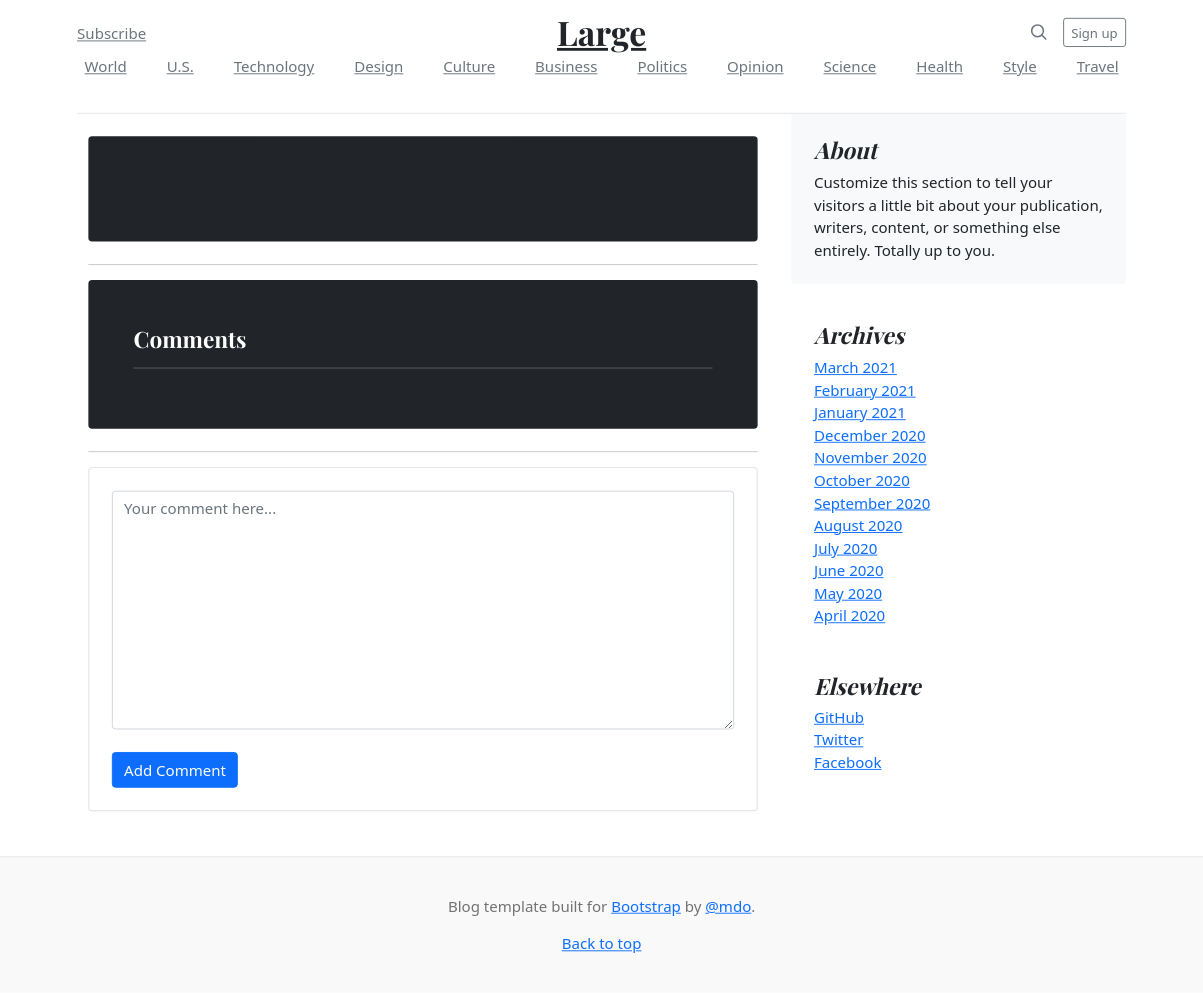
Repository: GarlicButterBoy/WEBD5201
Page: resources/views/posts/show.blade.php
These files come from the project's save history. The page is drawn as it stood at one moment and after a run of saves; the edit follows.
The browser window is 1280 px wide. The pictures show the whole page, at 94% of full size.
The page is served by the project's Laravel application, run on PHP 8.4 with Laravel 8. Other server files are loaded and not shown. The template is opened directly, without the code that normally fills it, so the values that code supplies are empty.

Above is the page before, as saved 2021-09-21 17:45:00.

### routes/web.php
<?php

/*
|--------------------------------------------------------------------------
| Web Routes
|--------------------------------------------------------------------------
|
| Here is where you can register web routes for your application. These
| routes are loaded by the RouteServiceProvider within a group which
| contains the "web" middleware group. Now create something great!
|
*/
use App\Task;
use App\Post;

// Route::get('/tasks', function () {
//     $tasks = DB::table('tasks')->get();
//     $tasks = \App\Task::all();
//     return view('tasks.index', compact('tasks'));
// });
Route::get('/tasks', 'TasksController@index'); //Replaced -> //Route::get('/tasks', function () {});
Route::get('/tasks/{task}', 'TasksController@show'); //Replaced -> //Route::get('/tasks/{task}', function ($id) {});


Route::get('/', 'PostsController@index');
Route::get('/posts/create', 'PostsController@create');
Route::post('/posts', 'PostsController@store');
Route::get('/posts/{post}', 'PostsController@show'); //Replaced -> //Route::get('/tasks', function () {});

// Route::get('/', function () {
//     //$name = 'Laracasts';
//     $tasks = [
//      'Go to the store',
//      'Finish my screencast',
//      'Clean the house'];
//     //Lesson 5, 3 ways to pass data to view
//     //return view('welcome', ['tasks' => $tasks]);
//     return view('welcome', compact('tasks'));
//     //return view('welcome')->with('tasks', $tasks);
// });
Route::get('/about', function () {  return view('about'); });

/* Posts
 *
 * GET /posts
 * GET /posts/create
 *
 * POST /posts
 *
 * GET /posts/{id}/edit
 * GET /posts/{id}
 *
 * PATCH /posts/{id}
 *
 * DELETE /posts/{id}
 *
 */

### resources/views/posts/show.blade.php
@extends ('layouts.main')


@section ('content')
<div class="col-md-8 p-4 ">
    <div class="p-4 p-md-5 mb-4 text-white rounded bg-dark">
        <h1>{{ $post->title }}</h1>

        <p>{{ $post->body }}</p>
    </div>

    <hr>

    <div class="comments p-4 p-md-5 mb-4 text-white rounded bg-dark">
        <h4>Comments</h4>
        <hr>
        <ol>
        @foreach ($post->comments as $comment)
        <li>
        <article>
            <strong>{{ $comment->created_at->diffForHumans() }}:</strong>

            {{$comment->body}}
        </article>
        </li>
        @endforeach
        </ol>
    </div>
    <hr>
    <div class="card p-4 mb-4">
        <div class="card-block">
    <form action="POST">
        <div class="form-group">
            <textarea class="form-control" name="body" id="body" cols="30" rows="10" placeholder="Your comment here..."></textarea>
        </div><br/>
        <div class="form-group">
            <button type="submit" class="btn btn-primary">Add Comment</button>
        </div>
    </form>
        </div>
    </div>


</div>

@endsection

### resources/views/layouts/main.blade.php
<!doctype html>
<html lang="en">
  <head>
    <meta charset="utf-8">
    <meta name="viewport" content="width=device-width, initial-scale=1">
    <meta name="description" content="">
    <meta name="author" content="Mark Otto, Jacob Thornton, and Bootstrap contributors">
    <meta name="generator" content="Hugo 0.88.1">
    <title>Blog Template · Bootstrap v5.1</title>

    <link rel="canonical" href="https://getbootstrap.com/docs/5.1/examples/blog/">



    <!-- Bootstrap core CSS -->
    <link href="https://cdn.jsdelivr.net/npm/bootstrap@5.1.1/dist/css/bootstrap.min.css" rel="stylesheet" integrity="sha384-F3w7mX95PdgyTmZZMECAngseQB83DfGTowi0iMjiWaeVhAn4FJkqJByhZMI3AhiU" crossorigin="anonymous">

    <!-- Favicons -->
<link rel="apple-touch-icon" href="/docs/5.1/assets/img/favicons/apple-touch-icon.png" sizes="180x180">
<link rel="icon" href="/docs/5.1/assets/img/favicons/favicon-32x32.png" sizes="32x32" type="image/png">
<link rel="icon" href="/docs/5.1/assets/img/favicons/favicon-16x16.png" sizes="16x16" type="image/png">
<link rel="manifest" href="/docs/5.1/assets/img/favicons/manifest.json">
<link rel="mask-icon" href="/docs/5.1/assets/img/favicons/safari-pinned-tab.svg" color="#7952b3">
<link rel="icon" href="/docs/5.1/assets/img/favicons/favicon.ico">
<meta name="theme-color" content="#7952b3">


    <style>
      .bd-placeholder-img {
        font-size: 1.125rem;
        text-anchor: middle;
        -webkit-user-select: none;
        -moz-user-select: none;
        user-select: none;
      }

      @media (min-width: 768px) {
        .bd-placeholder-img-lg {
          font-size: 3.5rem;
        }
      }
    </style>


    <!-- Custom styles for this template -->
    <link href="https://fonts.googleapis.com/css?family=Playfair&#43;Display:700,900&amp;display=swap" rel="stylesheet">
    <!-- Custom styles for this template -->
    <link href="/css/blog.css" rel="stylesheet">
  </head>
  <body>

<div class="container">
  <header class="blog-header py-3">
    <div class="row flex-nowrap justify-content-between align-items-center">
      <div class="col-4 pt-1">
        <a class="link-secondary" href="#">Subscribe</a>
      </div>
      <div class="col-4 text-center">
        <a class="blog-header-logo text-dark" href="#">Large</a>
      </div>
      <div class="col-4 d-flex justify-content-end align-items-center">
        <a class="link-secondary" href="#" aria-label="Search">
          <svg xmlns="http://www.w3.org/2000/svg" width="20" height="20" fill="none" stroke="currentColor" stroke-linecap="round" stroke-linejoin="round" stroke-width="2" class="mx-3" role="img" viewBox="0 0 24 24"><title>Search</title><circle cx="10.5" cy="10.5" r="7.5"/><path d="M21 21l-5.2-5.2"/></svg>
        </a>
        <a class="btn btn-sm btn-outline-secondary" href="#">Sign up</a>
      </div>
    </div>


  @include ('layouts.nav')
  </header>


</div>

<div class="container">
  <div class="row">

    @yield ('content')

    @include ('layouts.sidebar')
    </div>

</main>
  </div>
</div>

@include ('layouts.footer')

  </body>
</html>

### resources/views/layouts/nav.blade.php
<div class="nav-scroller py-1 mb-2">
    <nav class="nav d-flex justify-content-between">
      <a class="p-2 link-secondary" href="#">World</a>
      <a class="p-2 link-secondary" href="#">U.S.</a>
      <a class="p-2 link-secondary" href="#">Technology</a>
      <a class="p-2 link-secondary" href="#">Design</a>
      <a class="p-2 link-secondary" href="#">Culture</a>
      <a class="p-2 link-secondary" href="#">Business</a>
      <a class="p-2 link-secondary" href="#">Politics</a>
      <a class="p-2 link-secondary" href="#">Opinion</a>
      <a class="p-2 link-secondary" href="#">Science</a>
      <a class="p-2 link-secondary" href="#">Health</a>
      <a class="p-2 link-secondary" href="#">Style</a>
      <a class="p-2 link-secondary" href="#">Travel</a>
    </nav>
</div>

### resources/views/layouts/sidebar.blade.php
<div class="col-md-4">
      <div class="position-sticky" style="top: 2rem;">
        <div class="p-4 mb-3 bg-light rounded">
          <h4 class="fst-italic">About</h4>
          <p class="mb-0">Customize this section to tell your visitors a little bit about your publication, writers, content, or something else entirely. Totally up to you.</p>
        </div>

        <div class="p-4">
          <h4 class="fst-italic">Archives</h4>
          <ol class="list-unstyled mb-0">
            <li><a href="#">March 2021</a></li>
            <li><a href="#">February 2021</a></li>
            <li><a href="#">January 2021</a></li>
            <li><a href="#">December 2020</a></li>
            <li><a href="#">November 2020</a></li>
            <li><a href="#">October 2020</a></li>
            <li><a href="#">September 2020</a></li>
            <li><a href="#">August 2020</a></li>
            <li><a href="#">July 2020</a></li>
            <li><a href="#">June 2020</a></li>
            <li><a href="#">May 2020</a></li>
            <li><a href="#">April 2020</a></li>
          </ol>
        </div>

        <div class="p-4">
          <h4 class="fst-italic">Elsewhere</h4>
          <ol class="list-unstyled">
            <li><a href="#">GitHub</a></li>
            <li><a href="#">Twitter</a></li>
            <li><a href="#">Facebook</a></li>
          </ol>
        </div>
      </div>
    </div>

### resources/views/layouts/footer.blade.php
<footer class="blog-footer">
  <p>Blog template built for <a href="https://getbootstrap.com/">Bootstrap</a> by <a href="https://twitter.com/mdo">@mdo</a>.</p>
  <p>
    <a href="#">Back to top</a>
  </p>
</footer>

### public/css/blog.css

  /* stylelint-disable selector-list-comma-newline-after */

.blog-header {
  line-height: 1;
  border-bottom: 1px solid #e5e5e5;
}

.blog-header-logo {
  font-family: "Playfair Display", Georgia, "Times New Roman", serif/*rtl:Amiri, Georgia, "Times New Roman", serif*/;
  font-size: 2.25rem;
}

.blog-header-logo:hover {
  text-decoration: none;
}

h1, h2, h3, h4, h5, h6 {
  font-family: "Playfair Display", Georgia, "Times New Roman", serif/*rtl:Amiri, Georgia, "Times New Roman", serif*/;
}

.display-4 {
  font-size: 2.5rem;
}
@media (min-width: 768px) {
  .display-4 {
    font-size: 3rem;
  }
}

.nav-scroller {
  position: relative;
  z-index: 2;
  height: 2.75rem;
  overflow-y: hidden;
}

.nav-scroller .nav {
  display: flex;
  flex-wrap: nowrap;
  padding-bottom: 1rem;
  margin-top: -1px;
  overflow-x: auto;
  text-align: center;
  white-space: nowrap;
  -webkit-overflow-scrolling: touch;
}

.nav-scroller .nav-link {
  padding-top: .75rem;
  padding-bottom: .75rem;
  font-size: .875rem;
}

.card-img-right {
  height: 100%;
  border-radius: 0 3px 3px 0;
}

.flex-auto {
  flex: 0 0 auto;
}

.h-250 { height: 250px; }
@media (min-width: 768px) {
  .h-md-250 { height: 250px; }
}

/* Pagination */
.blog-pagination {
  margin-bottom: 4rem;
}
.blog-pagination > .btn {
  border-radius: 2rem;
}

/*
 * Blog posts
 */
.blog-post {
  margin-bottom: 4rem;
}
.blog-post-title {
  margin-bottom: .25rem;
  font-size: 2.5rem;
}
.blog-post-meta {
  margin-bottom: 1.25rem;
  color: #727272;
}

/*
 * Footer
 */
.blog-footer {
  padding: 2.5rem 0;
  color: #727272;
  text-align: center;
  background-color: #f9f9f9;
  border-top: .05rem solid #e5e5e5;
}
.blog-footer p:last-child {
  margin-bottom: 0;
}

Loaded but not shown: app/Providers/AppServiceProvider.php (common file)

After the next 2 saves:
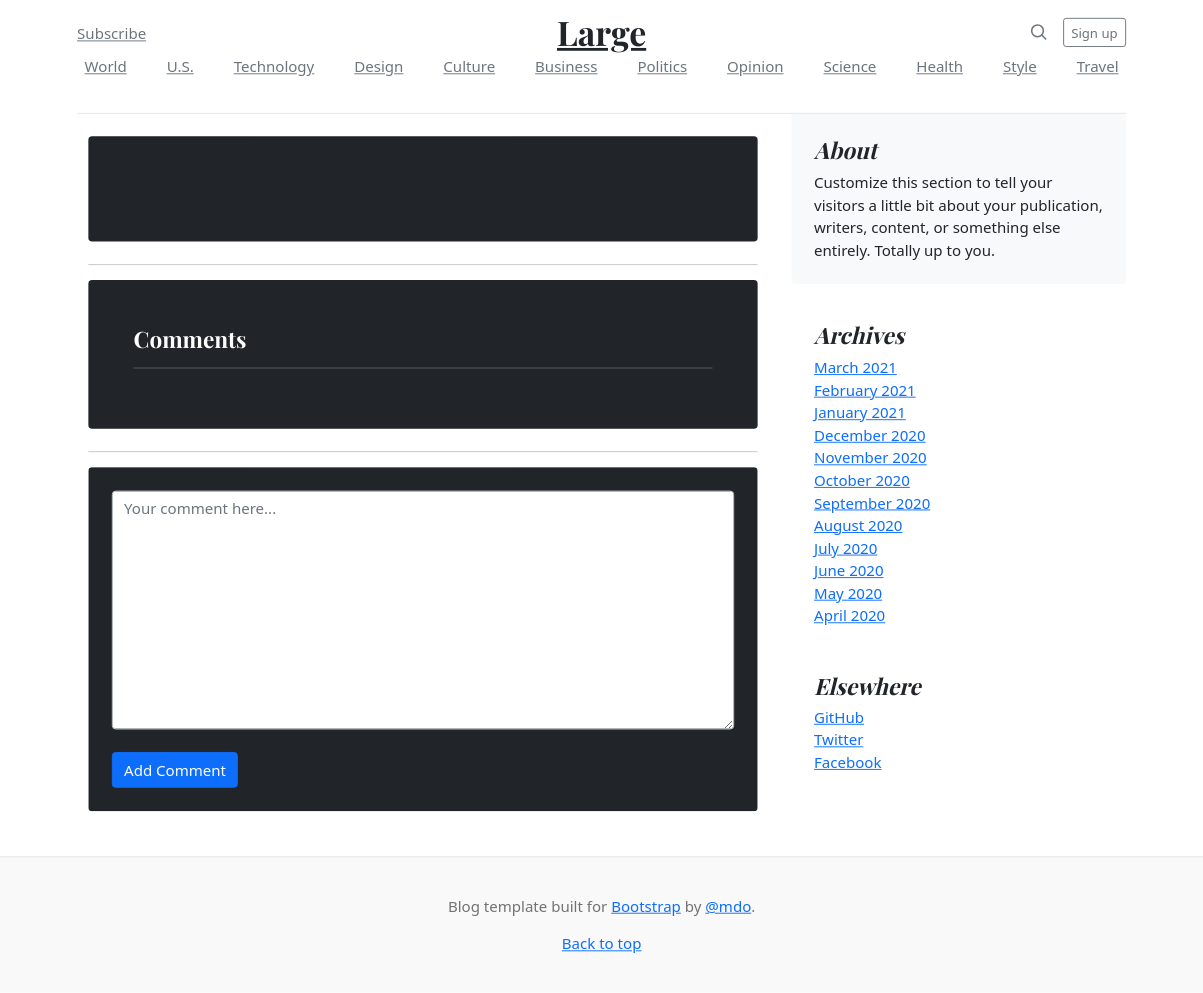
The 2 saves are shown as one change because they came seconds apart.
The last was saved 10 s later.
--- a/resources/views/posts/show.blade.php
+++ b/resources/views/posts/show.blade.php
@@ -27,7 +27,7 @@
         </ol>
     </div>
     <hr>
-    <div class="card p-4 mb-4">
+    <div class="card p-4 mb-4 text-white bg-dark">
         <div class="card-block">
     <form action="POST">
         <div class="form-group">
